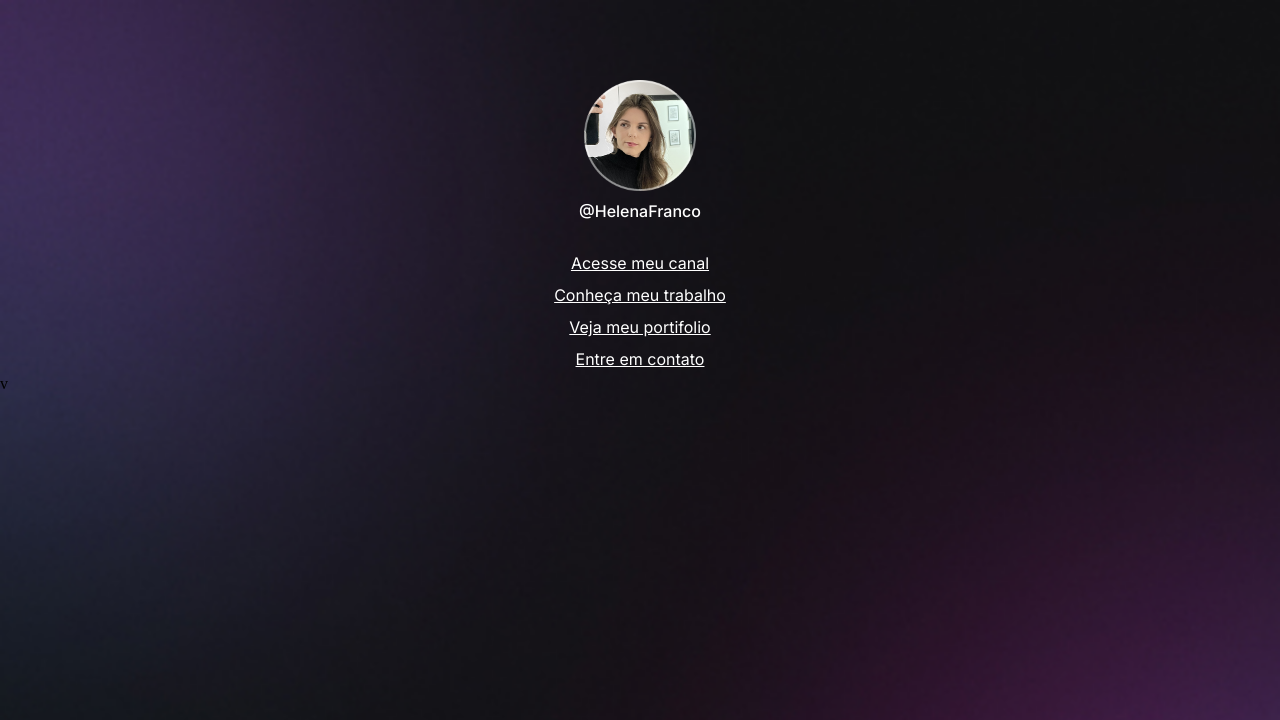
Repository: Fr4nc021/Pagina-de-links-
Page: index.html
The author's editor kept a copy of each file at every save. The page is drawn from the files as they stood at one save, then again after the next save.
The browser window is 1280 px wide. The pictures show the whole page.

Above is the page before, as saved 2025-02-10 16:49:12.

After the next save:
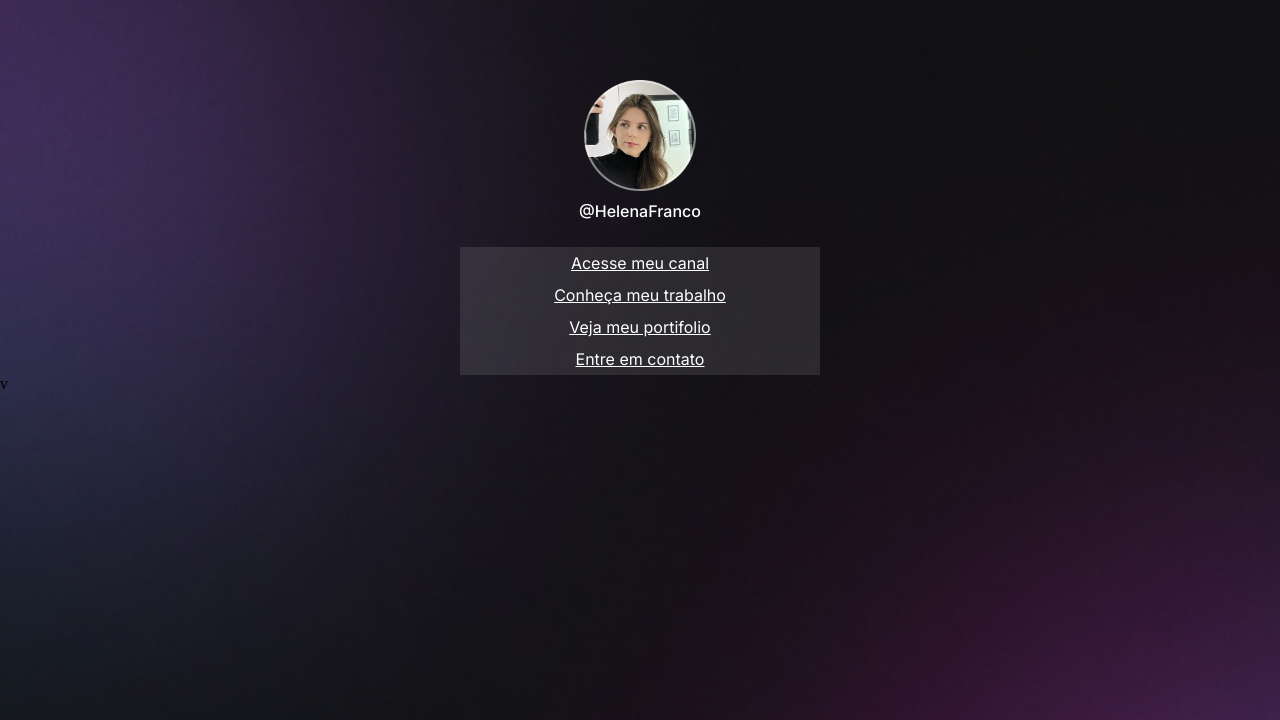
Saved 53 s later.
--- a/style.css
+++ b/style.css
@@ -41,6 +41,7 @@ body * {
 
 ul{
     list-style: none;
+
 }
 
 ul li a {
@@ -49,4 +50,5 @@ ul li a {
         align-items: center;
         justify-content: center;
         padding: 6px;
+        background: rgba(255, 255,255, 0.1)
 }
